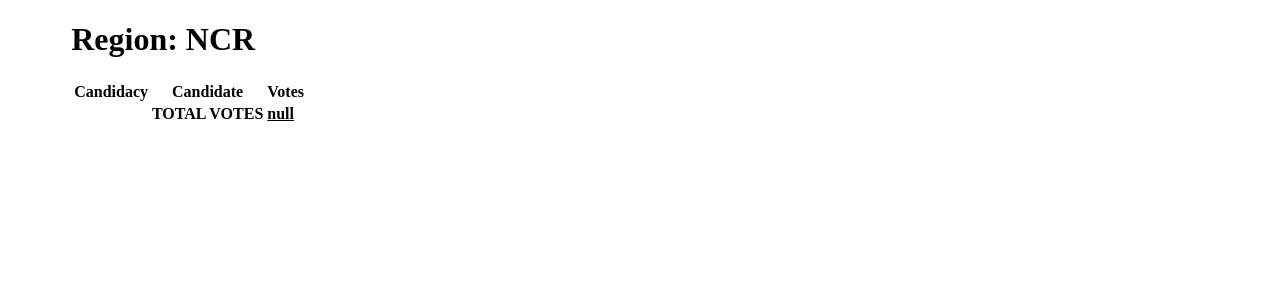
Repository: acbalutan/softdev-cencas-team_apink
Page: http://localhost/AES/index2.jsp
These files come from the project's save history. The page is drawn as it stood at one moment and after the next save; the edit follows.
The browser window is 1280 px wide. The pictures show the whole page.
The page is served by Tomcat 9. Other server files are loaded and not shown. Queries for data that is not in the repository find no rows.

Above is the page before, as saved 2016-03-11 17:11:46.

### TrialForHell/AES/WebContent/index2.jsp
<%@ page language="java" contentType="text/html; charset=ISO-8859-1"
    pageEncoding="ISO-8859-1"%>

<%@ page import="java.sql.*" %>
<!DOCTYPE html PUBLIC "-//W3C//DTD HTML 4.01 Transitional//EN" "http://www.w3.org/TR/html4/loose.dtd">
<html>
<head>
<meta http-equiv="Content-Type" content="text/html; charset=ISO-8859-1">
<title>AES - Index</title>
</head>
<body>

<%
	Class.forName("org.sqlite.JDBC");
	Connection conn = DriverManager.getConnection("jdbc:sqlite:D:/Eclipse/db/aes.db");
	Statement stat = conn.createStatement();
%>
<div class="page-header" style="padding-left: 5%;">
	<h1>Region: NCR</h1>
</div>

<div class="col-md-6" style="padding-left: 5%;">
	<table class="table table-striped">
    	<thead>
              <tr>
                <th>Candidacy</th>
                <th>Candidate</th>
                <th>Votes</th>
              </tr>
		</thead>
		<tbody>
			<%
			ResultSet duterte = stat.executeQuery("SELECT * FROM tapat WHERE region='NCR';");
			while (duterte.next()) {
			    %>
			    	<tr>
			    		<td><%= duterte.getString("candidacy") %></td>
			    		<td><%= duterte.getString("name") %></td>
			    		<td><%= duterte.getString("vote") %></td>
			    		<td><%= duterte.getString("level") %></td>
			    		<td><%= duterte.getString("precinct") %></td>
			    		<td><%= duterte.getString("city") %></td>
			    		<td><%= duterte.getString("district") %></td>
			    		<td><%= duterte.getString("province") %></td>
			    		<td><%= duterte.getString("region") %></td>
			    	</tr>
			    <%
			}
			duterte.close();

			ResultSet totalduterte = stat.executeQuery("SELECT SUM(vote) as 'TOTALVOTES' FROM tapat WHERE name='Rodrigo Duterte';");
			%>
				<tr>
					<td></td>
					<td><strong>TOTAL VOTES</strong></td>
					<td style="text-decoration: underline;"><strong> <%= totalduterte.getString("TOTALVOTES") %> </strong></td>
					<td></td>
					<td></td>
					<td></td>
					<td></td>
					<td></td>
					<td></td>
				</tr>
			<% totalduterte.close(); %>
    	</tbody>
	</table>
</div>

</body>
</html>

After the next save:
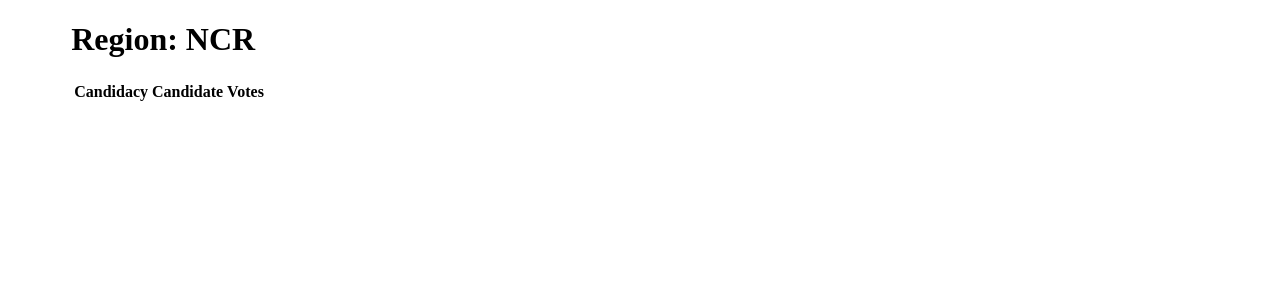
Saved 119 s later.
--- a/TrialForHell/AES/WebContent/index2.jsp
+++ b/TrialForHell/AES/WebContent/index2.jsp
@@ -30,38 +30,17 @@
 		</thead>
 		<tbody>
 			<%
-			ResultSet duterte = stat.executeQuery("SELECT * FROM tapat WHERE region='NCR';");
-			while (duterte.next()) {
+			ResultSet regionNCR = stat.executeQuery("SELECT * FROM tapat WHERE region='NCR';");
+			while (regionNCR.next()) {
 			    %>
 			    	<tr>
-			    		<td><%= duterte.getString("candidacy") %></td>
-			    		<td><%= duterte.getString("name") %></td>
-			    		<td><%= duterte.getString("vote") %></td>
-			    		<td><%= duterte.getString("level") %></td>
-			    		<td><%= duterte.getString("precinct") %></td>
-			    		<td><%= duterte.getString("city") %></td>
-			    		<td><%= duterte.getString("district") %></td>
-			    		<td><%= duterte.getString("province") %></td>
-			    		<td><%= duterte.getString("region") %></td>
+			    		<td><%= regionNCR.getString("candidacy") %></td>
+			    		<td><%= regionNCR.getString("name") %></td>
+			    		<td><%= regionNCR.getString("vote") %></td>
 			    	</tr>
 			    <%
 			}
-			duterte.close();
-
-			ResultSet totalduterte = stat.executeQuery("SELECT SUM(vote) as 'TOTALVOTES' FROM tapat WHERE name='Rodrigo Duterte';");
-			%>
-				<tr>
-					<td></td>
-					<td><strong>TOTAL VOTES</strong></td>
-					<td style="text-decoration: underline;"><strong> <%= totalduterte.getString("TOTALVOTES") %> </strong></td>
-					<td></td>
-					<td></td>
-					<td></td>
-					<td></td>
-					<td></td>
-					<td></td>
-				</tr>
-			<% totalduterte.close(); %>
+			regionNCR.close(); %>
     	</tbody>
 	</table>
 </div>
